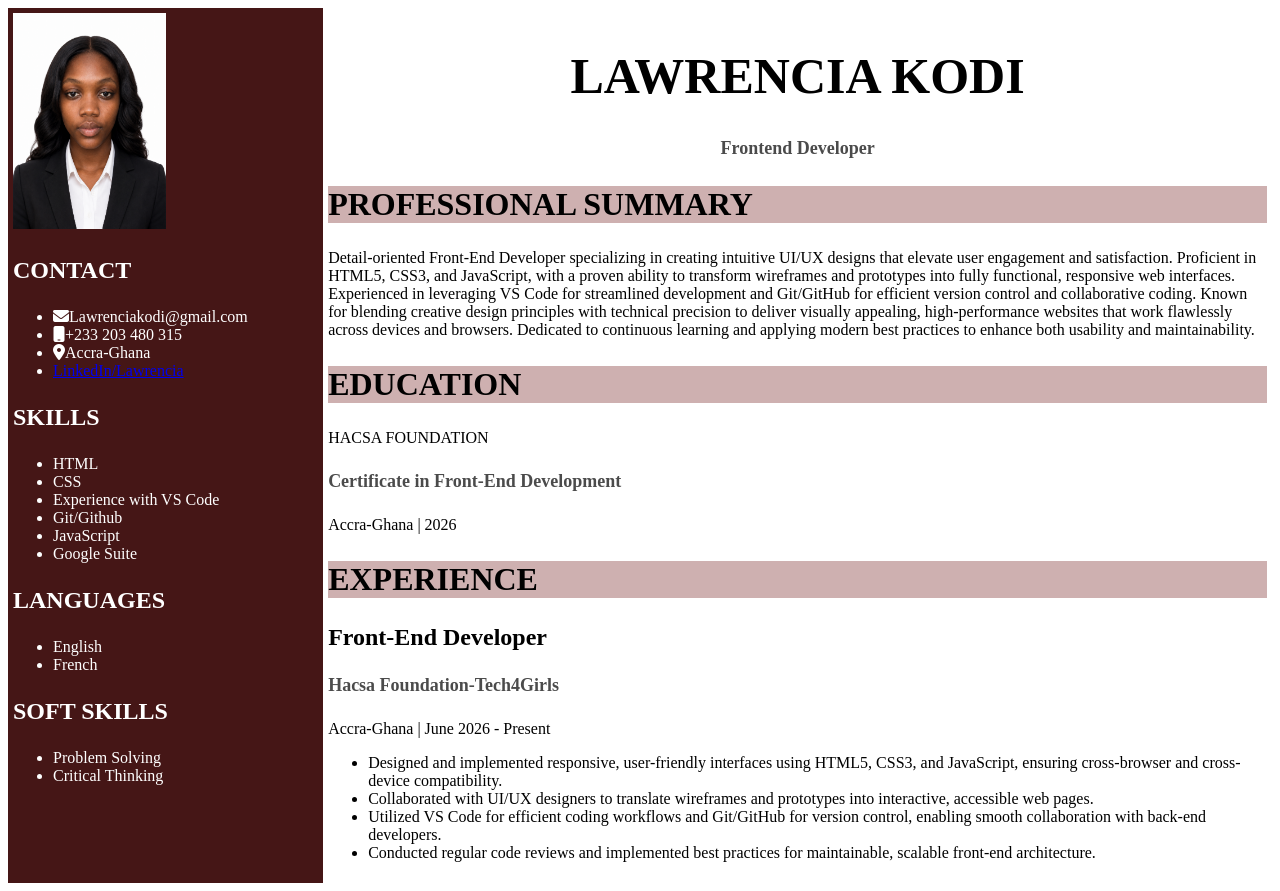
Repository: lawrencia-coder/T4G_CV
Page: index.html
The author's editor kept a copy of each file at every save. The page is drawn from the files as they stood at one save, then again after a run of saves.
The browser window is 1280 px wide. The pictures show the whole page.
Some icons come from a web library that is not loaded, so they are not drawn. Some web libraries are served in a nearby version.

Above is the page before, as saved 2026-07-15 08:07:22.

### index.html
<!DOCTYPE html>
<html lang="en">
<head>
    <meta charset="UTF-8">
    <meta name="viewport" content="width=device-width, initial-scale=1.0">
    <script src="https://kit.fontawesome.com/c72fc9c022.js" crossorigin="anonymous"></script>
    <title>T4G_CV</title>
    <link rel="stylesheet" href="style.css">
</head>
<body>
    <div class="cv-container">
        <div class="left-column">
            <img src="images/passport pic 1.png" alt="" width="50%" height="25%">
            <h3>CONTACT</h3>
             <p>
              <ul>
                <li><i class="fa-solid fa-envelope" style="color: rgb(255, 255, 255);"></i>Lawrenciakodi@gmail.com</li>
                <li><i class="fa-solid fa-mobile" style="color: rgb(255, 255, 255);"></i>+233 203 480 315</li>
                <li><i class="fa-solid fa-location-dot" style="color: rgb(255, 255, 255);"></i>Accra-Ghana</li>
                <li><i class="fa-brands fa-square-linkedin" style="color: rgb(255, 255, 255);"></i><a href="www.linkedin.com/in/lawrencia-kodi-192a71305" target="_blank" rel="noopener noreferrer">LinkedIn/Lawrencia</a></li>
              </ul>
             </p>

            <h3>SKILLS</h3>
             <p>
                <ul>
                    <li>HTML</li>
                    <li>CSS</li>
                    <li>Experience with VS Code</li>
                    <li>Git/Github</li>
                    <li>JavaScript</li>
                    <li>Google Suite</li>
                </ul>
             </p>

             <h3>LANGUAGES</h3>
             <p>
                <ul>
                    <li>English</li>
                    <li>French</li>
                </ul>
             </p>

             <h3>SOFT SKILLS</h3>
             <p>
                <ul>
                    <li>Problem Solving</li>
                    <li>Critical Thinking</li>

                </ul>
             </p>
        </div>
         <div class="right-column">
             <h1>LAWRENCIA KODI  </h1>
             <h4 style="text-align: center;">Frontend Developer</h4>
             <h2>PROFESSIONAL SUMMARY</h2>
              <p>Detail-oriented Front-End Developer specializing in creating intuitive UI/UX designs that elevate user engagement and satisfaction.
                 Proficient in HTML5, CSS3, and JavaScript, with a proven ability to transform wireframes and prototypes into fully functional, responsive web interfaces.
                 Experienced in leveraging VS Code for streamlined development and Git/GitHub for efficient version control and collaborative coding.
                 Known for blending creative design principles with technical precision to deliver visually appealing, high-performance websites that work flawlessly across devices and browsers.
                 Dedicated to continuous learning and applying modern best practices to enhance both usability and maintainability.
                </p>

                <h2>EDUCATION</h2>
                <p>HACSA FOUNDATION</p>
                <h4>Certificate in Front-End Development</h4>
                <p>Accra-Ghana   |   2026</p>

                <h2>EXPERIENCE</h2>
                <p>
                    <h3>Front-End Developer</h3>
                    <h4>Hacsa Foundation-Tech4Girls </h4>
                    <p2>Accra-Ghana   |   June 2026 - Present</p2>
                </p>
                 <p>
                    <ul>
                        <li>Designed and implemented responsive, user-friendly interfaces using HTML5, CSS3, and JavaScript, ensuring cross-browser and cross-device compatibility.</li>
                        <li>Collaborated with UI/UX designers to translate wireframes and prototypes into interactive, accessible web pages.</li>
                        <li>Utilized VS Code for efficient coding workflows and Git/GitHub for version control, enabling smooth collaboration with back-end developers.</li>
                        <li>Conducted regular code reviews and implemented best practices for maintainable, scalable front-end architecture.</li>
                    </ul>
                 </p>
         </div>
    </div>

</body>
</html>

### style.css
/* styling headings */
h1{
    text-align: center;
    font-size: 50px;
    margin-bottom: none;
}

h4{
    opacity: calc(70%);
    font-size: large;
}

h2{
    background-color: rgb(206, 176, 176);
    font-size: xx-large;
}

h3{
    font-size: x-large;
}

h5{
font-size: large;
opacity: 80%;
display: flex;
flex-direction: row;
}

h6{
align-self: flex-end;
}


/* styling cv-container */
.cv-container{
    display: flex;
    width: 100%;
    min-height: 100vh;
}

.left-column{
width: 26%;
background-color: rgb(69, 22, 22);
color: white;
padding: 5px;
}

.right-column{
    width: 80%;
    background-color: white;
    color: black;
    padding: 5px;
}

After the next 2 saves:
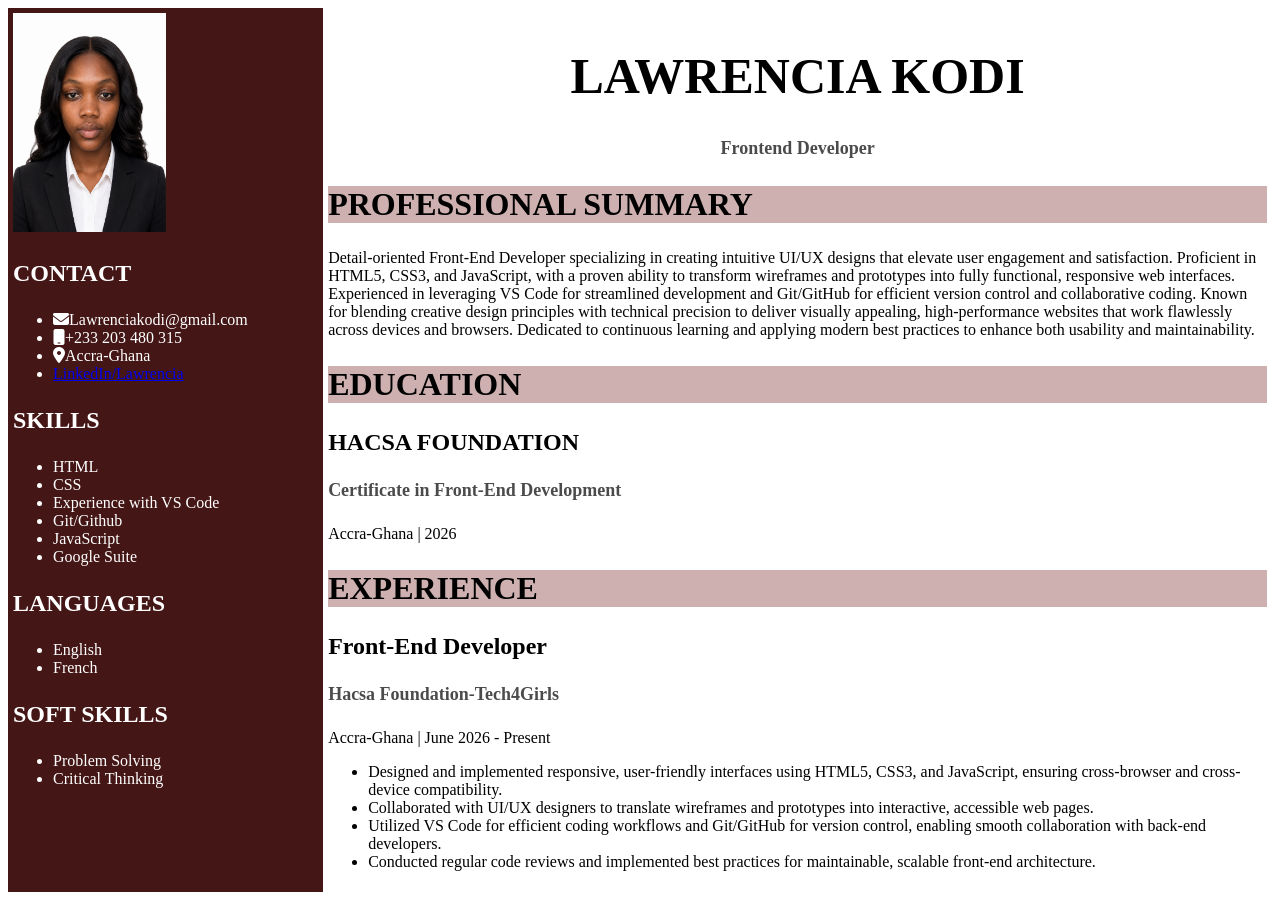
The 2 saves are shown as one change because they came seconds apart.
The last was saved 11 s later.
--- a/index.html
+++ b/index.html
@@ -62,7 +62,7 @@
                 </p>
 
                 <h2>EDUCATION</h2>
-                <p>HACSA FOUNDATION</p>
+                <h3>HACSA FOUNDATION</h3>
                 <h4>Certificate in Front-End Development</h4>
                 <p>Accra-Ghana   |   2026</p>
 
